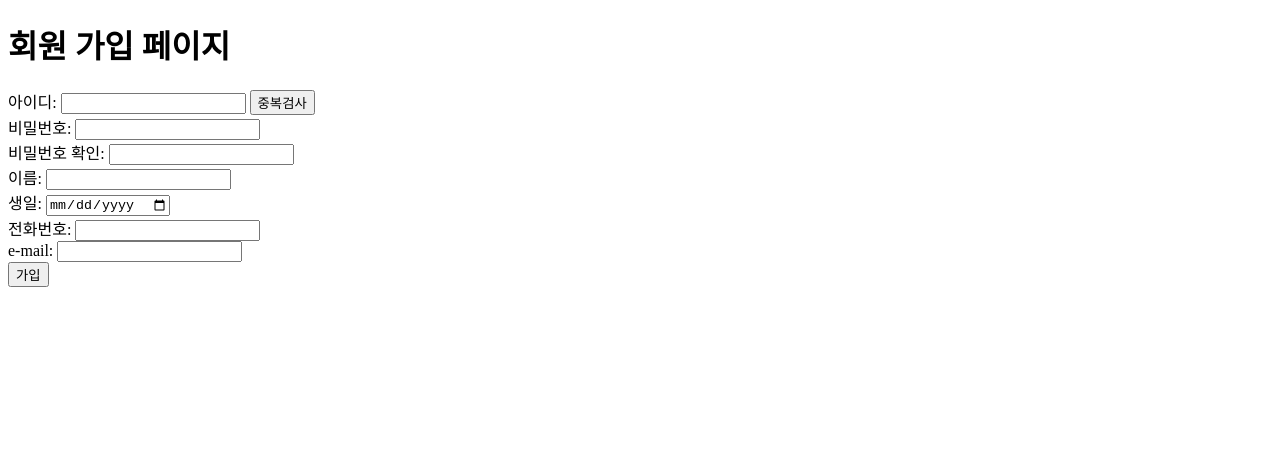
Repository: woneeseo/javastudy
Page: htmlStudy/workspace_html/HelloWorld/WebContent/d.html
An editor plug-in stored every save of this project. The page is shown before and after the next save, followed by the edit.
The browser window is 1280 px wide. The pictures show the whole page.

Above is the page before, as saved 2020-12-04 07:20:53.

### htmlStudy/workspace_html/HelloWorld/WebContent/d.html
<!DOCTYPE html>
<html>
<head>
<meta charset="UTF-8">
<title>Insert title here</title>
</head>
<body>

<h1>회원 가입 페이지</h1>

<form action="a.html" method="post">

	<label for="id">아이디: </label>
	<input id = "id" name="id"> <button>중복검사</button>
	<!-- lable : 직접 input태그를 클릭하지 않아도 레이블 부분을 클릭하면 커서가 input창으로 감 -->
	<!-- id와 label을 묶어 줄 때에는 별도의 id를 만들어서 label태그에 for를 이용해 묶어준다. -->
	<br>

	<label for="pw1">비밀번호: </label>
	<input id="pw1" type="password" name="pw1">
	<br>

	<label for="pw2">비밀번호 확인: </label>
	<input id="pw2" type="password" name="pw2">
	<br>

	<label for="name">이름: </label>
	<input id="name" name="name">
	<br>

	<label for="birth">생일: </label>
	<input id="birth" type="date" name="birth">
	<br>

	<label for="tel">전화번호: </label>
	<input type="tel" id="tel" name="tel">
	<br>

	<label for="email">e-mail: </label>
	<input type="email" id="email" name="email">
	<br>

	<input type="submit" value="가입">
	<!-- 웹사이트에서 입력받는 모든 값은 String형으로 저장된다 -->
	<!-- parse()를 이용해서 자료형을 변경해 이용해줄 수 있다. -->
</form>

</body>
</html>

After the next save:
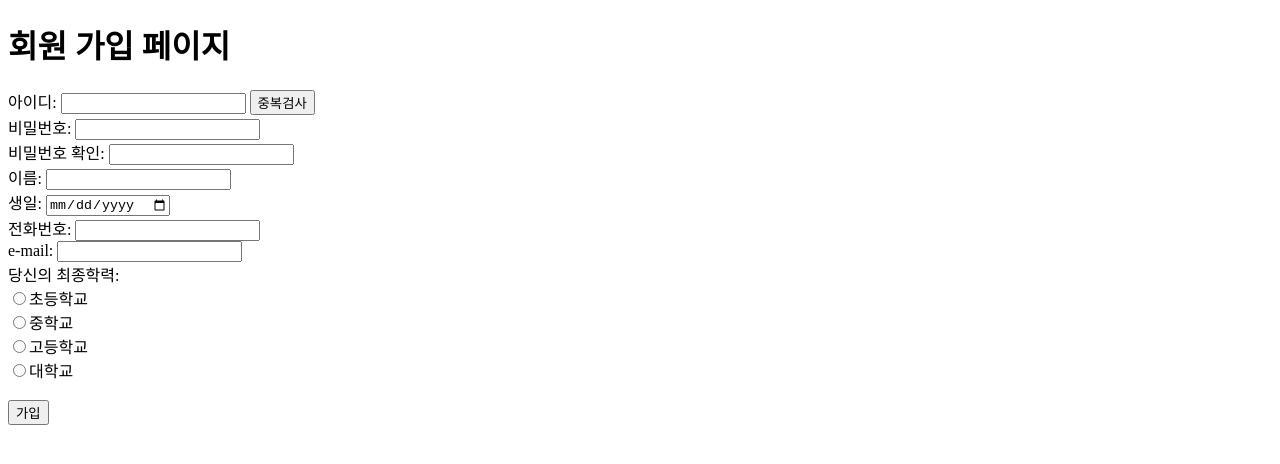
Saved 10 min 42 s later.
--- a/htmlStudy/workspace_html/HelloWorld/WebContent/d.html
+++ b/htmlStudy/workspace_html/HelloWorld/WebContent/d.html
@@ -40,6 +40,17 @@
 	<input type="email" id="email" name="email">
 	<br>
 
+	<label>당신의 최종학력: </label><br>
+	<input type="radio" name="school" value="es">초등학교<br>
+	<input type="radio" name="school" value="ms">중학교<br>
+	<input type="radio" name="school" value="hs">고등학교<br>
+	<input type="radio" name="school" value="us">대학교<br>
+
+	<!-- radio는 선택지중의 하나만 선택해 value를 넘겨받겠다는 의미 -->
+	<!--  -->
+	<br>
+
+
 	<input type="submit" value="가입">
 	<!-- 웹사이트에서 입력받는 모든 값은 String형으로 저장된다 -->
 	<!-- parse()를 이용해서 자료형을 변경해 이용해줄 수 있다. -->
